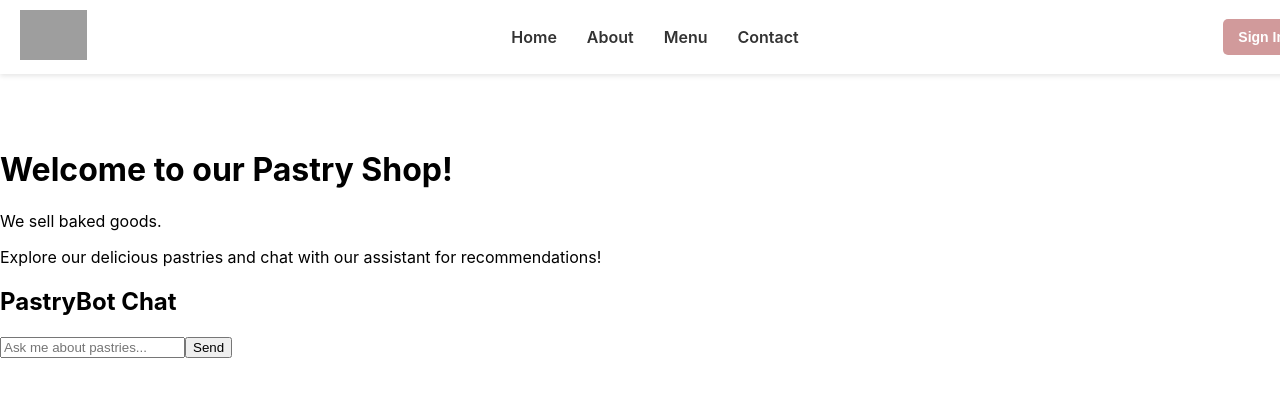
Repository: agrnerd17/Website-Chatbot
Page: / (app in pastry-chatbot/)
An editor plug-in stored every save of this project. The page is shown before and after the next save, followed by the edit.
The browser window is 1280 px wide. The pictures show the whole page.
Pictures or frames that could not be fetched are drawn as grey boxes. The project was rebuilt for these pictures with package versions that can differ from the ones it lists, and the page was loaded fresh each time. Also part of the build but not shown: pastry-chatbot/src/styles/Chatbot.css.

Above is the page before, as saved 2024-12-08 00:31:23.

After the next save:
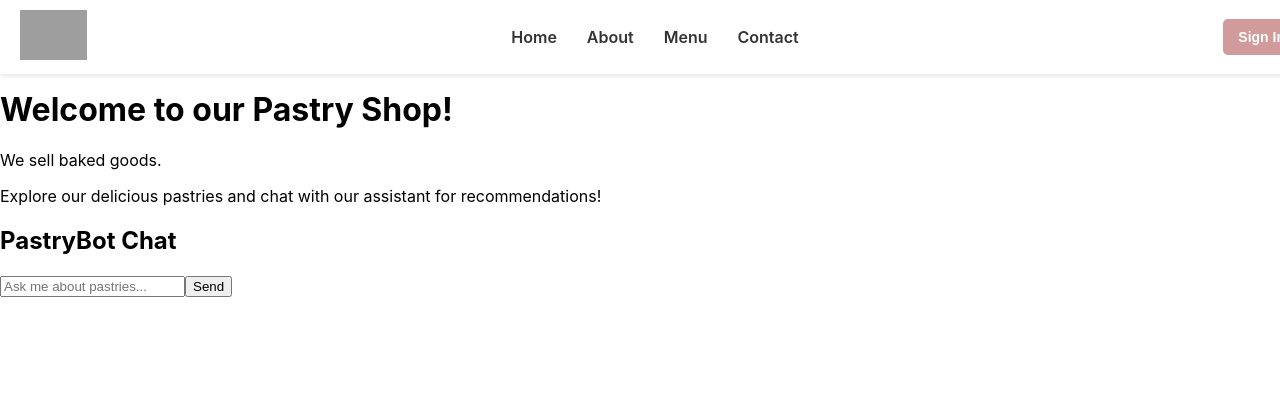
Saved 25 s later.
--- a/pastry-chatbot/src/App.js
+++ b/pastry-chatbot/src/App.js
@@ -6,9 +6,7 @@ import "./styles/Navbar.css";
 function App() {
   return (
     <div className="App">
-      <header>
-        <h1 className="text-center text-3xl font-bold my-6">Welcome to Pastry Delight</h1>
-      </header>
+
       <div>
         <Navbar />
         <main style={{ marginTop: "90px" }}> {/* Adjust */}
